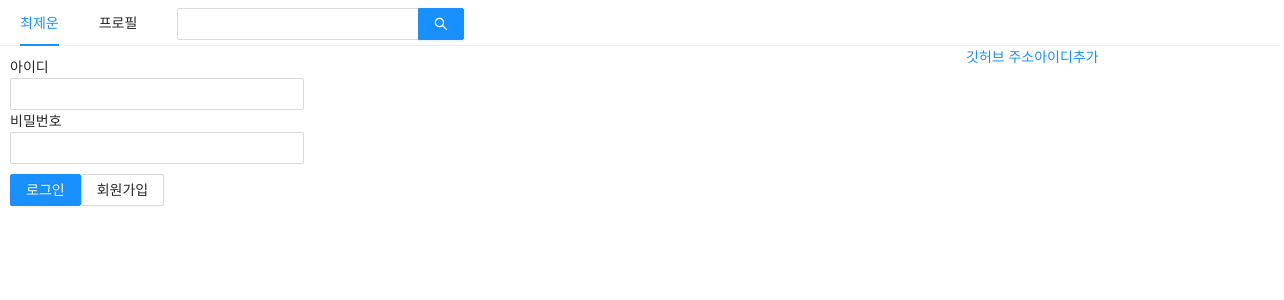
Repository: chlwpdnswku/zerochonext
Page: /signup (app in front/)
These files come from the project's save history. The page is drawn as it stood at one moment and after a run of saves; the edit follows.
The browser window is 1280 px wide. The page is 1284 px wide, so the pictures cover 1284 px, including what lies to the right of the window. The pictures show the whole page.
The project was rebuilt for these pictures with package versions that can differ from the ones it lists, and the page was loaded fresh each time. The framework's server and built-in components were replaced by stand-ins that run in the browser. Also part of the build but not shown: front/components/UserProfile.js.

Above is the page before, as saved 2022-08-28 11:35:10.

### front/pages/_app.js
import React from 'react';
import Head from 'next/head';
import PropTypes from 'prop-types';
import 'antd/dist/antd.css';

const NodeBird = ({ Component }) => {
  return (
    <>
      <Head>
        <title>NodeBird</title>
      </Head>
      <Component />
    </>
  );
};

NodeBird.propTypes = {
  Component: PropTypes.elementType.isRequired,
};

export default NodeBird;

### front/pages/signup.js
import React from 'react';
import AppLayout from '../components/AppLayout';
function signup() {
  return (
    <>
      <AppLayout>내 프로필</AppLayout>
    </>
  );
}

export default signup;

### front/components/AppLayout.js
import React, { useState } from 'react';
import Link from 'next/link';
import { Menu, Input, Button, Row, Col } from 'antd';
import PropTypes from 'prop-types';
import UserProfile from './UserProfile';
import LoginForm from './LoginForm';

function AppLayout({ items }) {
  const [login, setLogin] = useState(false);

  return (
    <div>
      <Menu mode='horizontal'>
        <Menu.Item key='home'>
          <Link href='/'>
            <a>최제운</a>
          </Link>
        </Menu.Item>
        <Menu.Item key='profile'>
          <Link href='/profile'>
            <a>프로필</a>
          </Link>
        </Menu.Item>
        <Menu.Item key='mail'>
          <Input.Search
            enterButton
            style={{
              verticalAlign: 'middle',
            }}
          />
        </Menu.Item>
      </Menu>

      <Row gutter={8}>
        <Col xs={24} md={6}>
          {/* Login 구분 */}
          {login ? (
            <UserProfile setLogin={setLogin} />
          ) : (
            <LoginForm setLogin={setLogin} />
          )}
        </Col>
        <Col xs={24} md={12}>
          {items}
        </Col>
        <Col xs={24} md={6}>
          <a
            href='http://www.naver.com'
            target='_blank'
            rel='noreferrer noopener'
          >
            깃허브 주소아이디추가
          </a>
        </Col>
      </Row>
    </div>
  );
}
AppLayout.propTypes = {
  children: PropTypes.node.isRequired,
};

export default AppLayout;

### front/components/LoginForm.js
import React, { useState, useCallback, useMemo } from 'react';
import { Button, Form, Input } from 'antd';
import Link from 'next/link';
import styled from 'styled-components';

// 이렇게적어야 객체 변환으로쓸수가있음 아래button한개만 적용
// const buttonWrapper = styled.div`
//   margin-top: 10px;
// `;

// useMemo로도가능
// Applayout에서오는 props
function LoginForm({ setLogin }) {
  const [id, setId] = useState('');
  const [password, setPassword] = useState('');

  //컴포넌트에 props를쓰면 useCallback
  const onChangeId = useCallback((e) => {
    setId(e.target.value);
  }, []);

  const onChangePassword = useCallback((e) => {
    setPassword(e.target.value);
  }, []);

  //그냥이런식으로해서 리랜더링최적화해도됨
  const style = useMemo(() => ({ marginTop: '10px' }), []);

  //login을 하는순간 true로
  const onSubmitForm = useCallback(() => {
    console.log(id, password);
    setLogin(true);
  }, [id, password]);

  //   onFinishi는 e.preventdefault가자동적용
  return (
    <Form onFinish={onSubmitForm} style={{ padding: '10px' }}>
      <div>
        <label htmlFor='user-id'>아이디</label>
        <br />
        <Input name='user-id' value={id} onChange={onChangeId} required />
      </div>

      <div>
        <label htmlFor='user-password'>비밀번호</label>
        <Input
          htmlFor='user-password'
          value={password}
          onChange={onChangePassword}
          type='password'
          required
        />
      </div>

      {/* style에 객체를 넣으면안됨  {}==={} ->false가됨 서로다른 주소를 가리키기때문임 근대 오류나서 나중에 사용*/}
      <div style={style}>
        <Button type='primary' htmlType='submit' loading={false}>
          로그인
        </Button>
        <Link href='/signup'>
          <a>
            <Button>회원가입</Button>
          </a>
        </Link>
      </div>
    </Form>
  );
}

export default LoginForm;

Loaded but not shown: front/pages/_document.js (common file)

After the next 5 saves:
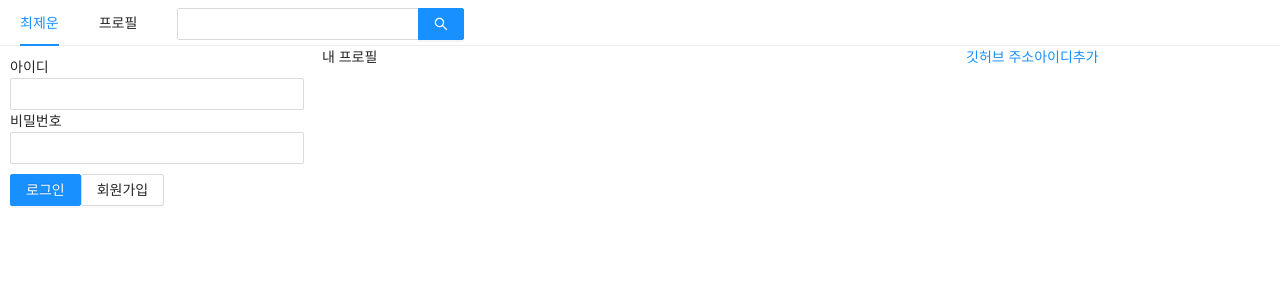
The 5 saves are shown as one change because 4 did not build or start.
The last was saved 70 s later.
--- a/front/components/AppLayout.js
+++ b/front/components/AppLayout.js
@@ -5,7 +5,7 @@ import PropTypes from 'prop-types';
 import UserProfile from './UserProfile';
 import LoginForm from './LoginForm';
 
-function AppLayout({ items }) {
+function AppLayout({ children }) {
   const [login, setLogin] = useState(false);
 
   return (
@@ -41,7 +41,7 @@ function AppLayout({ items }) {
           )}
         </Col>
         <Col xs={24} md={12}>
-          {items}
+          {children}
         </Col>
         <Col xs={24} md={6}>
           <a
